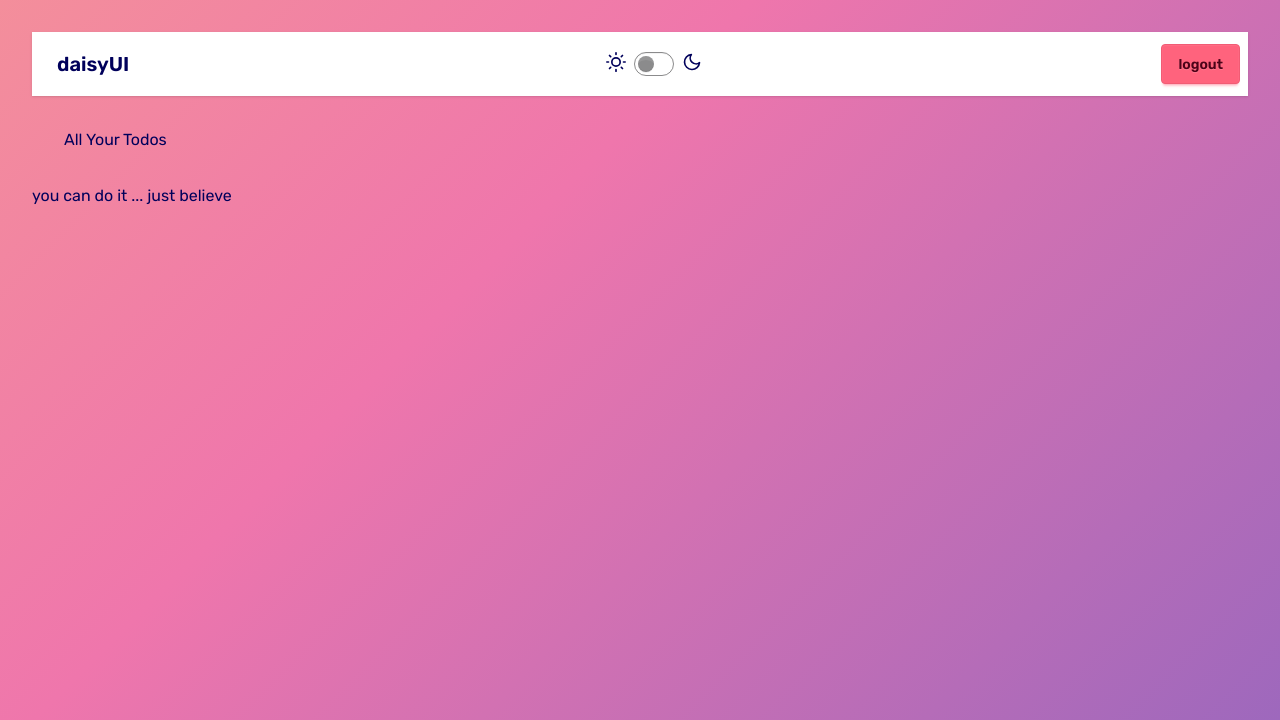
Repository: mariamnabil23/ToDo_App
Page: /
These files come from the project's save history. The page is drawn as it stood at one moment and after the next save; the edit follows.
The browser window is 1280 px wide. The pictures show the whole page.
Some web fonts or font styles are not loaded; a fallback is used. The project was rebuilt for these pictures with package versions that can differ from the ones it lists, and the page was loaded fresh each time. Requests to the local data server were answered from the project's data file. Also part of the build but not shown: vite.config.js, src/pages/Profile.jsx, src/pages/NotFound.jsx.

Above is the page before, as saved 2025-05-01 23:16:10.

### index.html
<!doctype html>
<html lang="en">
  <head>
    <meta charset="UTF-8" />
    <link rel="icon" type="image/svg+xml" href="/vite.svg" />
    <meta name="viewport" content="width=device-width, initial-scale=1.0" />

    <link rel="preconnect" href="https://fonts.googleapis.com">
<link rel="preconnect" href="https://fonts.gstatic.com" crossorigin>
<link href="https://fonts.googleapis.com/css2?family=Cairo:wght@200..1000&family=Indie+Flower&family=Poetsen+One&family=Rubik:ital,wght@0,300..900;1,300..900&family=Tagesschrift&family=Tajawal:wght@200;300;400;500;700;800;900&display=swap" rel="stylesheet">

    <title>ToDo App</title>
  </head>
  <body>
    <div id="root"></div>
    <script type="module" src="/src/main.jsx"></script>
  </body>
</html>

### src/main.jsx
import { StrictMode } from 'react'
import { createRoot } from 'react-dom/client'
import "./index.css"
import App from './App.jsx'
import { AuthContextProvider } from './context/AuthContext.jsx'
import { TodoContextProvider } from './context/TodoContext.jsx'
import { ThemeContextProvider } from './context/ThemeContext.jsx'

createRoot(document.getElementById('root')).render(
  <StrictMode>
    <AuthContextProvider>
      <TodoContextProvider>
        <ThemeContextProvider>
          <App />
        </ThemeContextProvider>
      </TodoContextProvider>
    </AuthContextProvider>
  </StrictMode>,
)

### src/index.css
@import "tailwindcss";
@plugin "daisyui";

body{
    min-height: 100vh;
    font-family: "Rubik", sans-serif;
    font-optical-sizing: auto;
    font-style: normal;
}


.app{
    min-height: 100vh;

    display: flex;
  flex-direction: column;
}

.lightMood {
  background: linear-gradient(-45deg, #4158D0, #ef76ac, #FFCC70, #00DBDE);
  background-size: 400% 400%;
  animation: gradientMove 10s ease infinite;
}

@keyframes gradientMove {
  0% {
    background-position: 0% 50%;
  }
  50% {
    background-position: 100% 50%;
  }
  100% {
    background-position: 0% 50%;
  }
}

.darkMood{
    background-color: rgb(1, 1, 62);
    color: bisque;

}

table, .navbar, .modal{
    color:  rgb(0, 0, 91);
}

### src/App.jsx
import { useContext } from "react"
import { ThemeContext } from "./context/ThemeContext"
import "./App.css"
import { BrowserRouter, Routes, Route } from 'react-router-dom';

import Layout from "./layout/Layout";
import Home from "./pages/Home"
import Profile from "./pages/Profile"
import NotFound from "./pages/NotFound"


function App() {

  const {dark} = useContext(ThemeContext);

  return (
    <>
      <div className={dark ? "app  darkMood" : "app  lightMood"}  >

      <BrowserRouter>
        <Routes>
          <Route path="/"  element={ <Layout/> } >

          <Route index={true}  element={ <Home/> } />
          <Route path="profile"  element={ <Profile/> } />
          <Route path="*" element={<NotFound />} />

          </Route>

        </Routes>
      </BrowserRouter>

      </div>
    </>
  )
}

export default App

### src/context/AuthContext.jsx
import axios from "axios";
import { createContext, useEffect, useState } from "react";
import emailjs from 'emailjs-com';
import toast from "react-hot-toast";


// 1- create context
export const AuthContext = createContext();

// 2- create provider function that contain all data we will send (value)
export const AuthContextProvider = ({ children }) => {
    const [allUsers, setAllUsers] = useState([]);
    const [currentUser, setCurrentUser] = useState(() => {
        const savedUser = sessionStorage.getItem("currentUser");
        return savedUser ? JSON.parse(savedUser) : null;
    });

    const urlAPI = "http://localhost:3000/users";
    // fetch all users from API
    const fetchUsers = () => {
        axios
            .get(urlAPI)
            .then((res) => setAllUsers(res.data))
            .catch((err) => console.log("Error fetching users ❌", err));
    };

    useEffect(() => {
        fetchUsers();

    }, []);

    // login
    const handleLogin = (userInfo) => {
        setCurrentUser(userInfo);
    };


    // register
    const handleRegister = (newUser) => {
        axios.post(urlAPI, newUser)
        .then((data)=>console.log(data.data))
        .catch((error)=(confirm.log("Failed to add new users in the app ❌")))
    };

    // logout
    const handleLogout = () => {
        setCurrentUser(null);
        sessionStorage.removeItem("currentUser");
    };




        const sendCompletedTodos = (userEmail, username, completedTodos) => {
      const completedList = completedTodos.map(todo => `• ${todo.title}`).join('\n');

      const templateParams = {
        to_email: userEmail,
        username: username,
        completedTodos: completedList
      };

      emailjs.send('service_qwtjd51', 'template_w157uec', templateParams, '08YRxWyjDgOt_r7sV')
        .then((res) => {
          toast.success('Email sent successfully! 📧');
          console.log(templateParams)
        })
        .catch((err) => {
          toast.error('Failed to send email ❌');
          console.error(err);
        });
    };






    // 3- wrapper everything to the context provider
    return (
        <AuthContext.Provider value={ { allUsers, currentUser, handleLogin, handleRegister, handleLogout, sendCompletedTodos } }>

            {children}

        </AuthContext.Provider>
    );
};

### src/context/TodoContext.jsx
import axios from "axios";
import { createContext, useEffect, useState } from "react";

export const TodoContext =  createContext();



export const TodoContextProvider =( {children} )=>{

    const [todos, setTodos] = useState([]);

    // fetch todos data
    useEffect(()=>{
        axios.get("http://localhost:3000/todos")
        .then((res)=>{
            console.log(res.data);
            setTodos(res.data);
        })
        .catch((error)=>(console.log("Error from Fetching Todos! ❌", error)))
    },[])


    // add todo
    const addTodo =(newTodo)=>{

    }

    // delete todo
    const deleteTodo =(id)=>{
        setTodos(  todos.filter( (todo) => (todo.id !== id) )  )
    }

    // edit todo state
    const editTodoState =()=>{

    }

    // clear all todos
    const clearAllTodos =()=>{
        setTodos( null )
    }


    return <TodoContext.Provider  value={{todos}} >
        {children}
    </TodoContext.Provider>
}

### src/context/ThemeContext.jsx
import { createContext, useState } from "react";

export const ThemeContext =  createContext();

export const ThemeContextProvider =( {children} )=>{

    const [dark, setDark] = useState(() => {
        const saved = sessionStorage.getItem("darkTheme");
        return saved === "true";         // output ===> false
    });

    const switchTheme = () => {
    setDark((prev) => {
        const newValue = !prev;         // newValue = true ===> dark
        sessionStorage.setItem("darkTheme", newValue);
        return newValue;
    });
    };

    return <ThemeContext.Provider  value={{dark, switchTheme}} >
        {children}
    </ThemeContext.Provider>
}

### src/App.css
.app {
    min-height: 100vh;
    padding: 2rem;
    transition: all 0.3s ease;
}

.lightMood{
    background-color: bisque;
    color: rgb(0, 0, 91);
}
.darkMood{
    background-color: rgb(0, 0, 91);
    color: bisque;
}

### src/layout/Layout.jsx
import React from 'react'
import Navbar from "../components/Navbar"
import Footer from "../components/Footer"

import { Outlet } from 'react-router-dom';


const Layout = () => {
    return (
        <div>
            <Navbar/>

            <main style={{ padding: '2rem' }}>
                <Outlet />
            </main>

            <Footer/>
        </div>
    )
}

export default Layout

### src/pages/Home.jsx
import React from 'react'

const Home = () => {
  return (
    <>
    <h1 className='center' >All Your Todos</h1>
    </>
  )
}

export default Home

### src/components/Navbar.jsx
import React from 'react'
import Theme from './Theme'

const Navbar = () => {
  return (
    <>
      <div className="navbar bg-base-100 shadow-sm flex justify-between items-center">
        <a className="btn btn-ghost text-xl">daisyUI</a>

<Theme/>

        <button className='btn btn-error'>logout</button>
      </div>
    </>
  )
}

export default Navbar

### src/components/Footer.jsx
import React from 'react'

const Footer = () => {
    return (
        <div>
            <h1>you can do it ... just believe</h1>
        </div>
    )
}

export default Footer

### src/components/Theme.jsx
import React, { useContext } from 'react'
import { ThemeContext } from '../context/ThemeContext'


const Theme = () => {

    const {dark, switchTheme} = useContext(ThemeContext);


    return (
        <>
        <label className="flex cursor-pointer gap-2">
        <svg
            xmlns="http://www.w3.org/2000/svg"
            width="20"
            height="20"
            viewBox="0 0 24 24"
            fill="none"
            stroke="currentColor"
            strokeWidth="2"
            strokeLinecap="round"
            strokeLinejoin="round">
            <circle cx="12" cy="12" r="5" />
            <path
            d="M12 1v2M12 21v2M4.2 4.2l1.4 1.4M18.4 18.4l1.4 1.4M1 12h2M21 12h2M4.2 19.8l1.4-1.4M18.4 5.6l1.4-1.4" />
        </svg>
        <input type="checkbox" value="synthwave" className="toggle theme-controller"  checked={dark}  onChange={switchTheme} />
        <svg
            xmlns="http://www.w3.org/2000/svg"
            width="20"
            height="20"
            viewBox="0 0 24 24"
            fill="none"
            stroke="currentColor"
            strokeWidth="2"
            strokeLinecap="round"
            strokeLinejoin="round">
            <path d="M21 12.79A9 9 0 1 1 11.21 3 7 7 0 0 0 21 12.79z"></path>
        </svg>
    </label>
        </>
    )
}

export default Theme

### db.json
{
"todos": [
    {
        "id": 1,
        "text": "task 1",
        "done": false,
        "userId": 1,
        "createdAt": "2025-04-30T10:15:00Z"
    },
    {
        "id": 2,
        "text": "task2",
        "done": true,
        "userId": 1,
        "createdAt": "2025-04-30T10:15:00Z"
    },
    {
        "id": 3,
        "text": "task3",
        "done": true,
        "userId": 2,
        "createdAt": "2025-04-30T10:15:00Z"
    },
    {
        "id": 4,
        "text": "task4",
        "done": false,
        "userId": 2,
        "createdAt": "2025-04-30T10:15:00Z"
    }
],


"users": [
    {
        "id": 1,
        "username": "mona",
        "password": "1234",
        "image": "data:[embedded picture, 5635 characters]"
    },
    {
        "id": 2,
        "username": "ahmed",
        "password": "abcd",
        "image": "data:[embedded picture, 5751 characters]"
    }
]

}

After the next save:
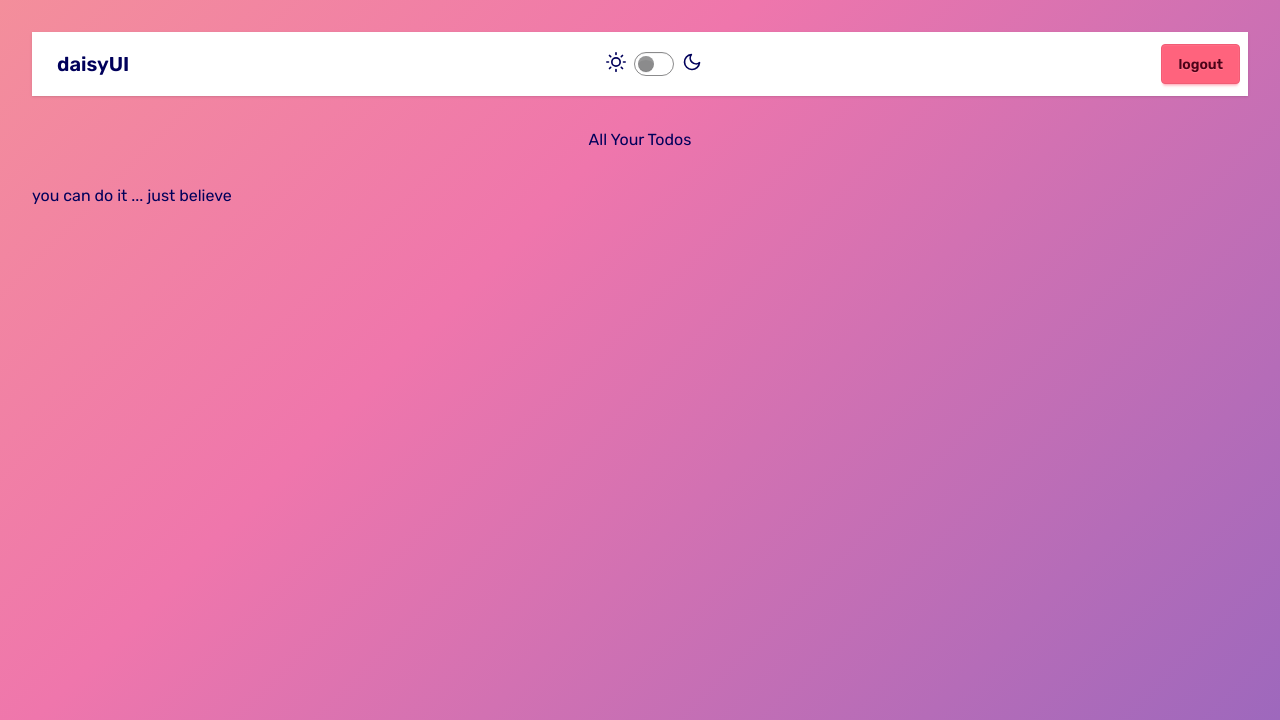
Saved 17 s later.
--- a/src/pages/Home.jsx
+++ b/src/pages/Home.jsx
@@ -3,7 +3,7 @@ import React from 'react'
 const Home = () => {
   return (
     <>
-    <h1 className='center' >All Your Todos</h1>
+    <h1 className='text-center' >All Your Todos</h1>
     </>
   )
 }
